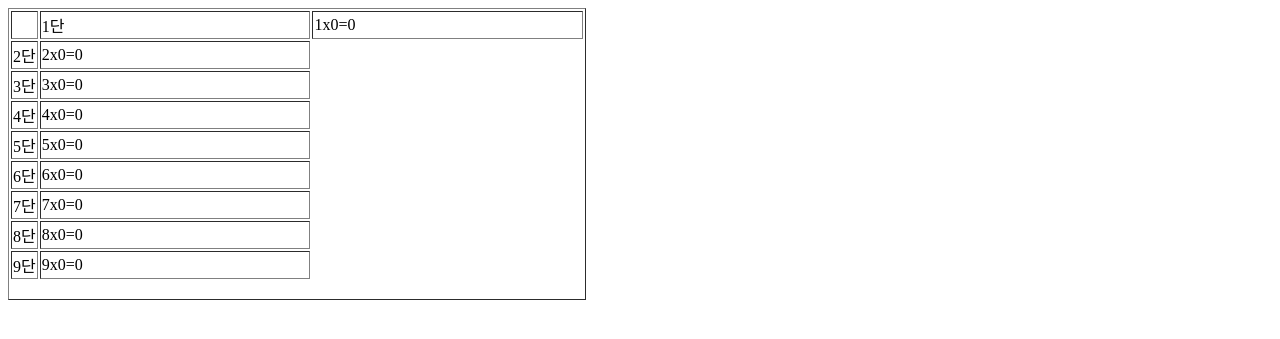
Repository: JeongDaejin/JSP-
Page: http://localhost/ServletTest/expressionTest.jsp
The author's editor kept a copy of each file at every save. The page is drawn from the files as they stood at one save, then again after the next save.
The browser window is 1280 px wide. The pictures show the whole page.
The page is served by Tomcat 9.

Above is the page before, as saved 2023-02-01 05:49:32.

After the next save:
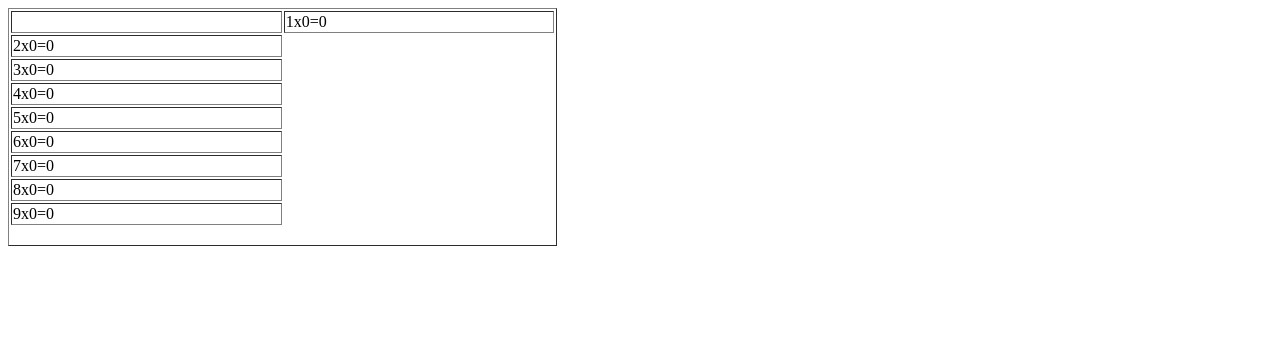
Saved 13 s later.
--- a/JSPExam2/ServletTest/src/main/webapp/expressionTest.jsp
+++ b/JSPExam2/ServletTest/src/main/webapp/expressionTest.jsp
@@ -27,7 +27,7 @@ int second=c.get(Calendar.SECOND);
 			<td></td>
 			<% }%>
 			<% if(i==0){%>
-			<td><%=j %>단</td>
+
 		<td style="width: 200pt;"><%=j %>x<%=i %>=<%=i*j %></td>
 <%
 	}
